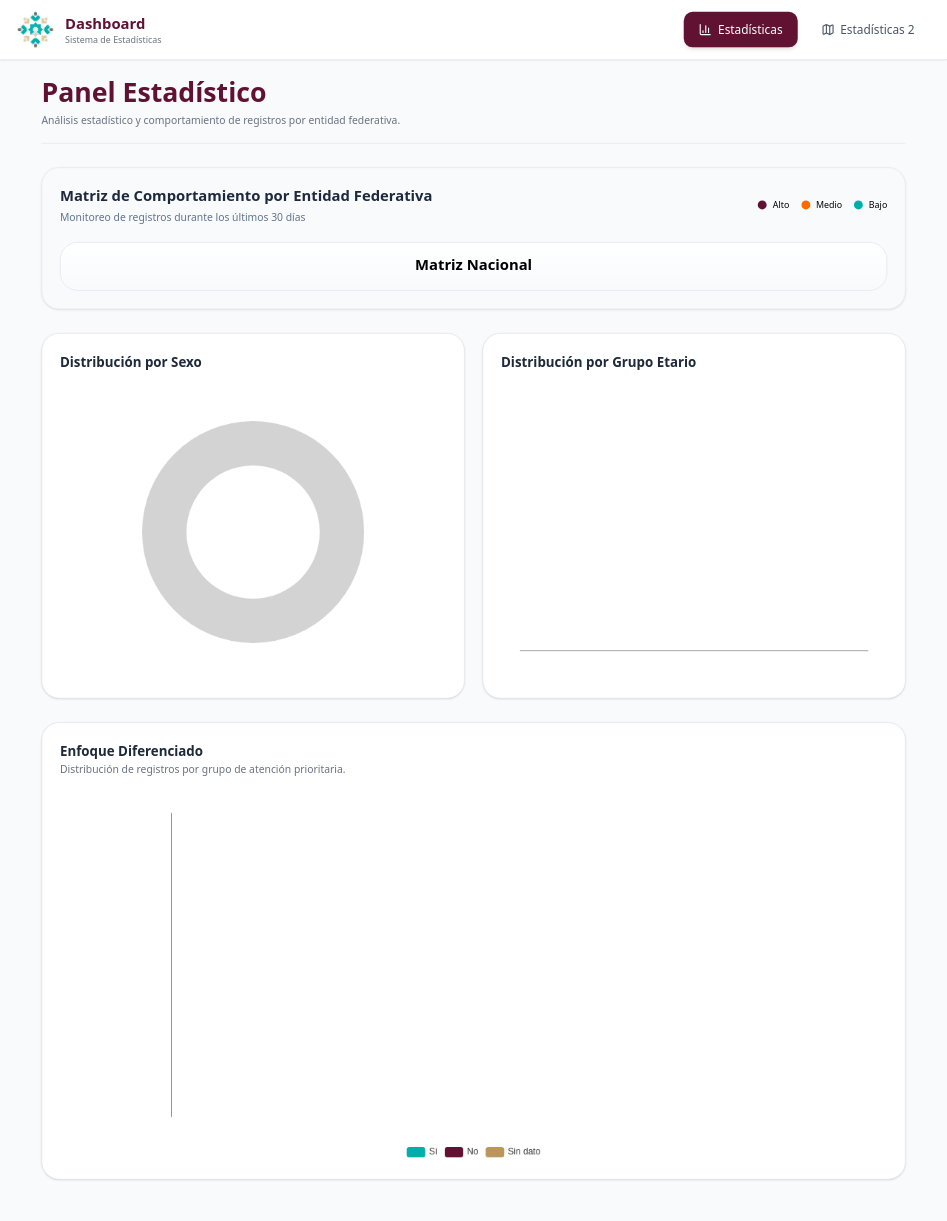
Repository: jesus890/semaforo-cinepolis
Page: /estadisticas
These files come from the project's save history. The page is drawn as it stood at one moment and after the next save; the edit follows.
The browser window is 1280 px wide. The pictures show the whole page, at 74% of full size.
The page's requests for data from a server got no answer. The project was rebuilt for these pictures with package versions that can differ from the ones it lists, and the page was loaded fresh each time. No one was signed in, and anything a server would have sent is missing. Also part of the build but not shown: vite.config.ts, src/pages/EstadisticasDosPage.tsx.

Above is the page before, as saved 2026-06-04 13:42:55.

### index.html
<!doctype html>
<html lang="en">
  <head>
    <meta charset="UTF-8" />
    <link rel="icon" type="image/svg+xml" href="/favicon.svg" />
    <meta name="viewport" content="width=device-width, initial-scale=1.0" />
    <title>Estadistica Alertamiento | RNPNDO</title>
  </head>
  <body>
    <div id="root"></div>
    <script type="module" src="/src/main.tsx"></script>
  </body>
</html>

### src/App.tsx
import AppRouter from "./router/AppRouter";

function App() {
    return <AppRouter />;
}

export default App;

### src/router/AppRouter.tsx
import {BrowserRouter,Routes,Route,Navigate,} from "react-router-dom";

import DashboardLayout from "../layouts/DashboardLayout";
import EstadisticasPage from "../pages/EstadisticaPage";
import EstadisticasDosPage from "../pages/EstadisticasDosPage";



export default function AppRouter() {

    return (
        <BrowserRouter>
            <Routes>
                <Route path="/" element={<DashboardLayout/>}>
                    <Route index element={<Navigate to="/estadisticas"/>}/>
                    <Route path="estadisticas" element={<EstadisticasPage />}/>
                    <Route path="estadisticas-2" element={<EstadisticasDosPage />}/>
                </Route>
            </Routes>
        </BrowserRouter>
    );
}

### src/layouts/DashboardLayout.tsx
import { Outlet } from "react-router-dom";

import Header from "../components/Dashboard/navigation/Header";

export default function DashboardLayout() {

    return (
        <div className="min-h-screen bg-slate-50">
            <Header />
            <main className="p-6">
                <Outlet />
            </main>
        </div>

    );
}

### src/components/Dashboard/navigation/Header.tsx
import { NavLink } from "react-router-dom";

import { BarChart3, Map, } from "lucide-react";
import logoSystem from "../../../assets/CNB.png";

export default function Header() {

    const menu = [
        {
            label: "Estadísticas",
            icon: BarChart3,
            path: "/estadisticas",
        },
        {
            label: "Estadísticas 2",
            icon: Map,
            path: "/estadisticas-2",
        },
    ];

    return (

        <header className="sticky top-0 z-50 bg-white border-b border-gray-200 shadow-sm">

            <div className="h-20 px-6 flex items-center justify-between max-w-[1800px] mx-auto">

                {/* Logo */}
                <div className="flex items-center gap-4">

                    <img src={logoSystem} alt="Logo" className="h-12 w-auto object-contain" />

                    <div>

                        <h1 className="text-xl font-bold text-[#611232]">
                            Dashboard
                        </h1>

                        <p className="text-xs text-gray-500">
                            Sistema de Estadísticas
                        </p>

                    </div>

                </div>

                {/* Menú */}
                <nav className="flex items-center gap-3">

                    {menu.map((item) => {

                        const Icon = item.icon;

                        return (

                            <NavLink
                                key={item.path}
                                to={item.path}
                                className={({
                                    isActive,
                                }) =>
                                    `
                                    flex
                                    items-center
                                    gap-2
                                    px-5
                                    py-3
                                    rounded-xl
                                    font-medium
                                    transition-all

                                    ${isActive
                                        ? "bg-[#611232] text-white shadow-md"
                                        : "text-gray-600 hover:bg-gray-100"
                                    }
                                `
                                }
                            >

                                <Icon
                                    size={18}
                                />

                                {item.label}

                            </NavLink>
                        );
                    })}

                </nav>

            </div>

        </header>
    );
}

### src/components/Dashboard/heatmap/HeatmapTable.tsx
import { useMemo } from "react";

import type { HeatmapRow } from "../../../types/dashboard.types";

interface Props {
    rows: HeatmapRow[];
    level: "estado" | "municipio";
    onRowClick?: (estadoId: number) => void;
    onCellClick?: (
        data: {
            estadoId: number;
            municipioId: number;
            fecha: string;
        }
    ) => void;
}

export default function HeatmapTable({ rows, level, onRowClick, onCellClick, }: Props) {

    const dates = useMemo(() => {
        if (!rows.length) return [];

        return rows[0].values.map(
            value => value.day
        );
    }, [rows]);

    const getColor = (estatus: string) => {
        switch (estatus?.toLowerCase()) {
            case "rojo":
                return "bg-[#611232]";
            case "naranja":
                return "bg-orange-500";
            case "verde":
                return "bg-[#00AFAA]";
            default:
                return "bg-slate-200";
        }
    };

    return (
        <div className="overflow-auto rounded-3xl border border-slate-200 bg-gradient-to-b from-white to-slate-50 p-4">

            {
                level == "estado" ? (
                    <div className="text-center text-xl font-semibold">
                        <p className="text-center text-xl font-semibold">Matriz Nacional</p>
                    </div>
                ) : (
                    <p></p>
                )
            }

            <table className="border-separate min-w-max">

                <thead>
                    <tr>
                        <th className="sticky left-0 z-20 min-w-[240px]"></th>

                        {dates.map(date => (

                            <th
                                key={date}
                                className="h-28 min-w-[42px] align-bottom"
                            >

                                <div className="-rotate-45 origin-bottom-left whitespace-nowrap text-[10px] font-medium text-slate-500">
                                    {date}
                                </div>

                            </th>

                        ))}

                    </tr>

                </thead>

                <tbody className="divide-y divide-slate-100">

                    {rows.map(row => (

                        <tr key={row.id} className="border-b border-slate-100">

                            <td className="sticky left-0 z-10 bg-white pr-4">

                                <button
                                    onClick={() => onRowClick?.(row.estadoId)}
                                    className="group flex tems-center gap-3 text-left transition-all cursor-pointer"
                                >
                                    <div className="h-2.5 w-2.5 rounded-full bg-[#000]" />
                                    <span className="text-sm font-semibold text-slate-700 group-hover:text-[#611232]">
                                        {row.name}
                                    </span>

                                </button>

                            </td>

                            {row.values.map(
                                value => (

                                    <td
                                        key={value.day}
                                    >

                                        <button
                                            onClick={() =>
                                                onCellClick?.({ estadoId: value.estadoId, municipioId: value.municipioId, fecha: value.day })
                                            }
                                            title={`${value.total} registros`}
                                            className={`
                                                flex
                                                h-8
                                                w-8
                                                items-center
                                                justify-center
                                                rounded-xl
                                                text-[11px]
                                                font-semibold
                                                text-white
                                                transition-all
                                                duration-200
                                                hover:scale-110
                                                hover:shadow-xl
                                                hover:ring-2
                                                hover:ring-offset-2
                                                hover:ring-[#611232]
                                                cursor-pointer
                                                ${getColor(value.estatus)}
                                            `}
                                        >
                                            {value.total > 0
                                                ? value.total
                                                : ""}
                                        </button>

                                    </td>

                                )
                            )}

                        </tr>

                    ))}

                </tbody>

            </table>

        </div>
    )

}

### src/components/Dashboard/charts/SexoChart.tsx
import ReactECharts from "echarts-for-react";
import { Colors } from "../../../constants/colors";

interface SexoItem {
    categoria: string;
    total: number;
}

interface Props {
    sexo?: SexoItem[];
}

export default function SexoChart({ sexo = [] }: Props) {

    const getColor = (categoria: string) => {

        switch (categoria.toUpperCase()) {

            case "HOMBRE":
                return Colors.rojito;

            case "MUJER":
                return Colors.verdecito;

            default:
                return Colors.oro;
        }
    };

    const data = sexo.map(item => ({
        value: item.total,
        name:
            item.categoria.charAt(0) +
            item.categoria.slice(1).toLowerCase(),

        itemStyle: {
            color: getColor(item.categoria),
        },
    }));

    const option = {
        tooltip: {
            trigger: "item",
        },

        legend: {
            bottom: 0,
        },

        series: [
            {
                type: "pie",
                radius: ["45%", "75%"],

                label: {
                    formatter: "{b}\n{c}",
                },

                data,
            },
        ],
    };

    return (
        <ReactECharts
            option={option}
            style={{
                height: "400px",
            }}
        />
    );
}

### src/services/dashboard.service.ts
import { apiRequest } from "../lib/api";
import { axiosInstance } from "../lib/axios";

export const GetEntidadesByAlertaTable = () =>
    apiRequest<any>(
        axiosInstance.get(`/api/Alertas`)
    );

export const GetEntidadesByAlertaTableEstado = (idEstado: any) =>
    apiRequest<any>(
        axiosInstance.get(`/api/Alertas/alertas-entidad`, {
            params: {
                idEstado,
            },
        })
    );

export const GetTotalesIncremento = (estado_id: any, municipio_id: any) =>
    apiRequest<any>(
        axiosInstance.get(`/api/Alertas/incremento-desaparecidos`)
    );

### src/components/Dashboard/charts/EdadChart.tsx
import ReactECharts from "echarts-for-react";
import { Colors } from "../../../constants/colors";

interface GrupoEtarioItem {
  categoria: string;
  total: number;
}

interface Props {
  grupoEtario?: GrupoEtarioItem[];
}

export default function EdadChart({
  grupoEtario = [],
}: Props) {

  const getColor = (
    categoria: string
  ) => {

    switch (
    categoria.toUpperCase()
    ) {

      case "MENOR DE EDAD":
        return Colors.verdecito;

      case "MAYOR DE EDAD":
        return Colors.rojito;

      case "ADULTO MAYOR":
        return Colors.oro;

      default:
        return "#4F46E5";
    }
  };

  const categories =
    grupoEtario.map(
      item => item.categoria
    );

  const data =
    grupoEtario.map(
      item => ({
        value: item.total,

        itemStyle: {
          color: getColor(
            item.categoria
          ),
        },
      })
    );

  const option = {
    tooltip: {
      trigger: "axis",
    },

    grid: {
      left: "5%",
      right: "5%",
      bottom: "10%",
      containLabel: true,
    },

    xAxis: {
      type: "category",

      data: categories,

      axisLabel: {
        interval: 0,
        rotate: 0,
      },
    },

    yAxis: {
      type: "value",
    },

    series: [
      {
        type: "bar",

        barWidth: 70,

        borderRadius: [
          8,
          8,
          0,
          0,
        ],

        data,
      },
    ],
  };

  return (
    <ReactECharts
      option={option}
      style={{
        height: "400px",
      }}
    />
  );
}

### src/components/Dashboard/Loader/Loader.tsx
import imageCNB from "../../../assets/CNB.png";

interface LoaderProps {
    text?: string;
}

export default function LoaderStyled({text = "Cargando información..."}: LoaderProps) {
    return (
        <div
            className="w-full h-full min-h-[320px] flex flex-col justify-center items-center gap-6 px-6 py-10"
        >
            <div className="relative flex items-center justify-center">
                <div
                    className="absolute w-32 h-32 rounded-full bg-[#00AFAA]/20 blur-3xl animate-pulse"
                />

                <div
                    className="absolute w-28 h-28 rounded-full border-[5px] border-[#00AFAA]/20 border-t-[#00AFAA] animate-spin"
                />

                <div
                    className="relative w-20 h-20 rounded-full overflow-hidden bg-white shadow-2xl border-4 border-white animate-pulse"
                >
                    <img
                        src={imageCNB}
                        alt="Loader"
                        className="object-cover"
                    />
                </div>
            </div>

            <div className="text-center space-y-2">
                <h3
                    className="text-lg sm:text-xl font-black text-[#4A0015] tracking-wide"
                >
                    {text}
                </h3>

                <p
                    className="text-sm text-slate-500 max-w-md leading-relaxed"
                >
                    Espere un momento mientras se procesa y
                    visualiza la información solicitada.
                </p>
            </div>
        </div>
    );
}

### src/constants/colors.ts
export const Colors = {
    rojito: "#611232",
    verdecito: "#00AFAA",
    oro: "#BC955B",
    grisito: "#E8E8E8",
    grisote: "#D2D3D3",
    text: "#5A5A5A",
};

### src/lib/api.ts
import axios from "axios";

export async function apiRequest<T>(
  promise: Promise<{ data: T }>
): Promise<T> {
  try {
    const { data } = await promise;
    return data;
  } catch (error) {
    if (axios.isAxiosError(error)) {
      const response = error.response;

      const message =
        response?.data?.message ||
        response?.data?.error ||
        response?.data?.msg ||
        "Error en la petición";

      throw new Error(message);
    }

    throw new Error("Error inesperado");
  }
}

### src/lib/axios.ts
import axios from "axios";

export const axiosInstance = axios.create({
  baseURL: import.meta.env.VITE_API_URL,
});

Loaded but not shown: src/main.tsx (common file); src/index.css (common file); src/pages/EstadisticaPage.tsx (216 lines, source omitted); src/components/Dashboard/charts/EnfoqueChart.tsx (221 lines, source omitted)

After the next save:
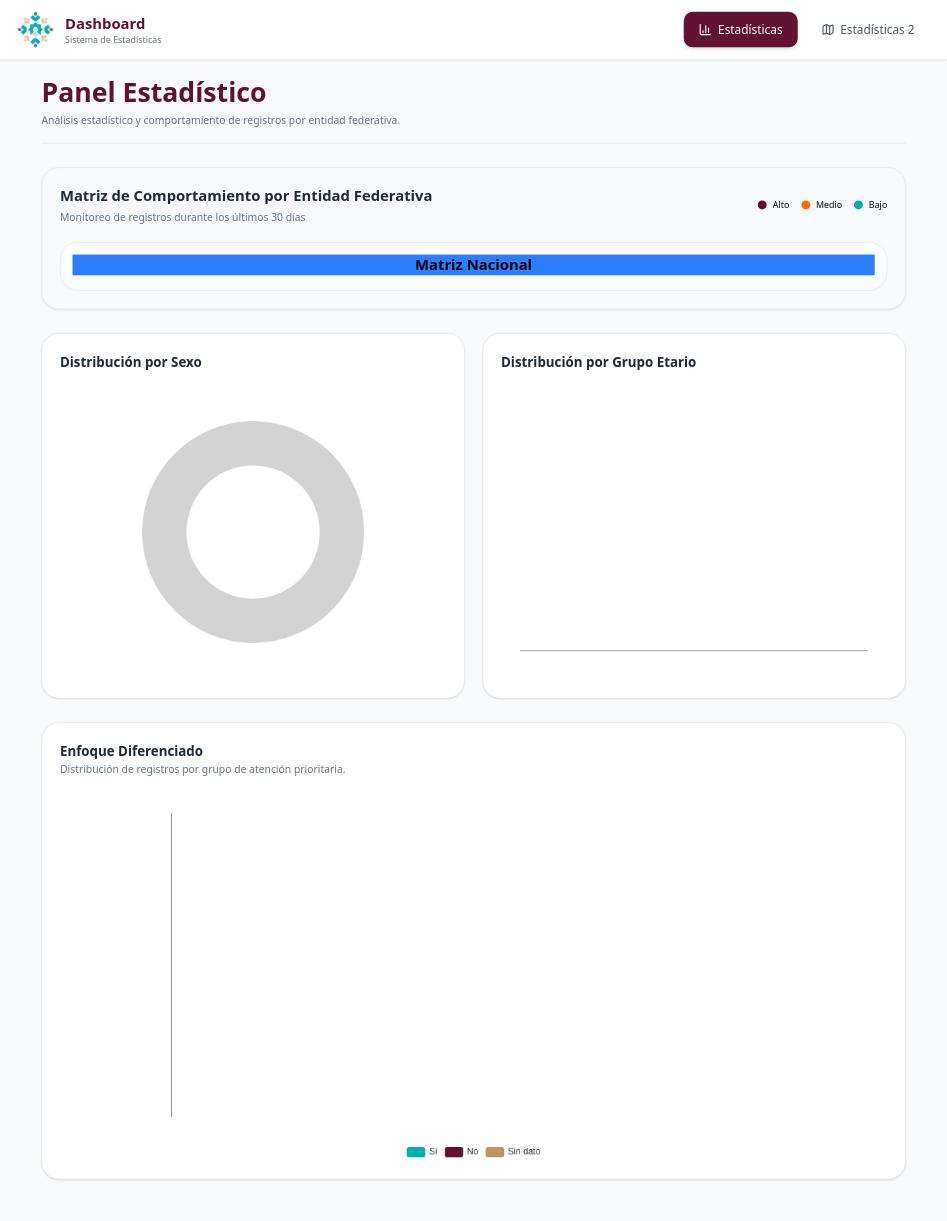
Saved 8 s later.
--- a/src/components/Dashboard/heatmap/HeatmapTable.tsx
+++ b/src/components/Dashboard/heatmap/HeatmapTable.tsx
@@ -44,7 +44,7 @@
             {
                 level == "estado" ? (
                     <div className="text-center text-xl font-semibold">
-                        <p className="text-center text-xl font-semibold">Matriz Nacional</p>
+                        <p className="bg-blue-500">Matriz Nacional</p>
                     </div>
                 ) : (
                     <p></p>

After the save that followed:
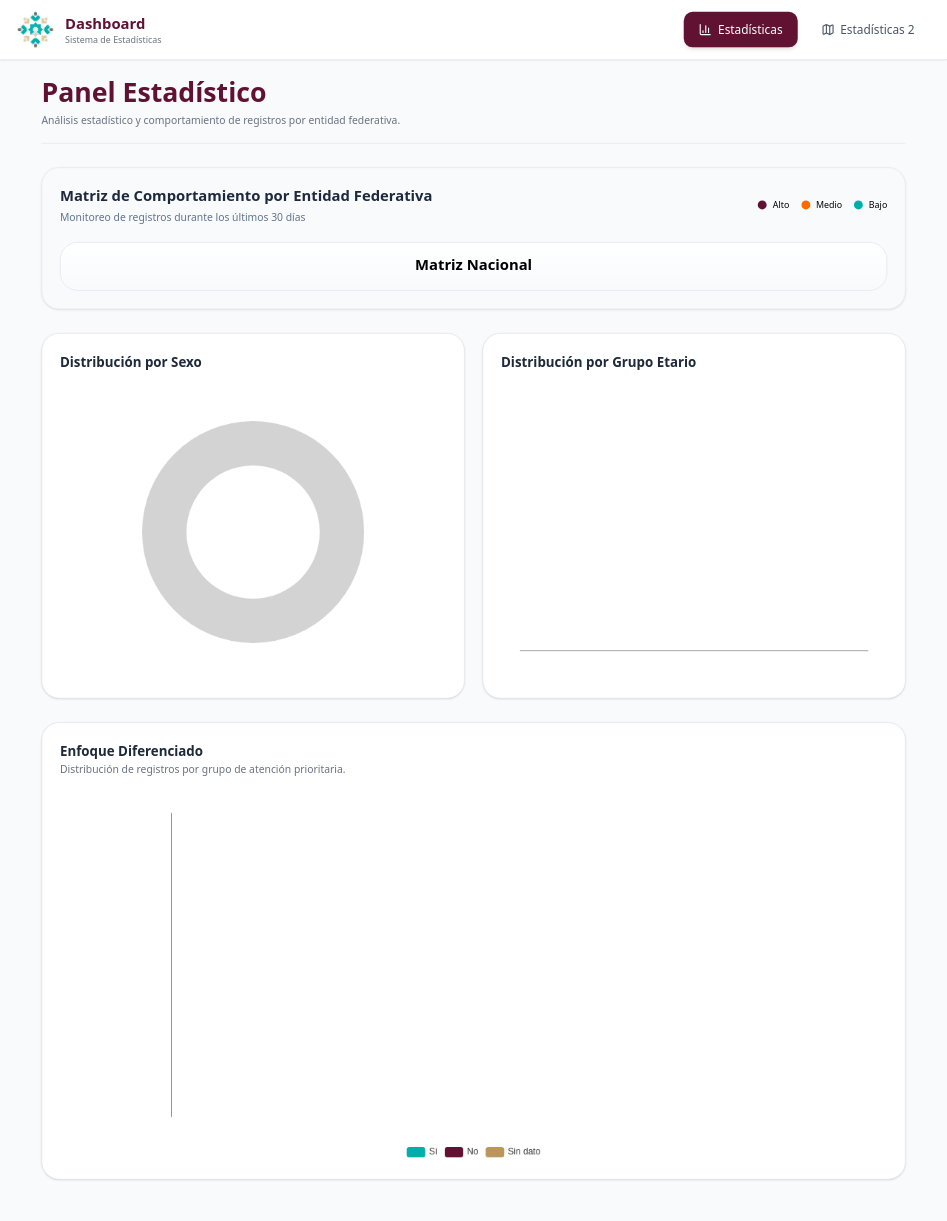
Saved 19 s later.
--- a/src/components/Dashboard/heatmap/HeatmapTable.tsx
+++ b/src/components/Dashboard/heatmap/HeatmapTable.tsx
@@ -44,7 +44,8 @@
             {
                 level == "estado" ? (
                     <div className="text-center text-xl font-semibold">
-                        <p className="bg-blue-500">Matriz Nacional</p>
+                        <div className="bg-blue-500"></div>
+                        <p >Matriz Nacional</p>
                     </div>
                 ) : (
                     <p></p>
